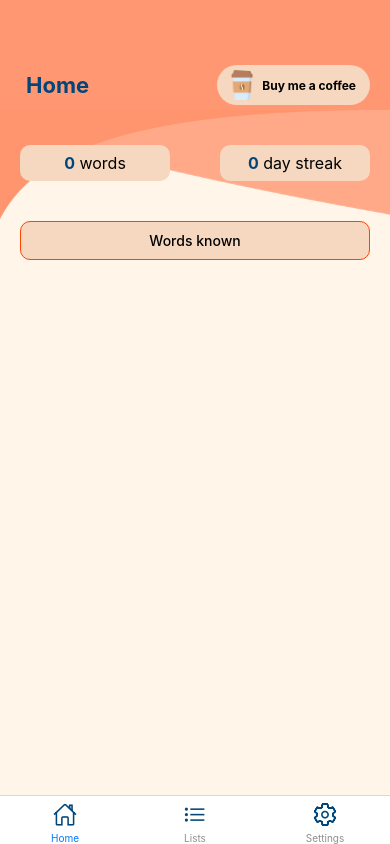
Repository: David-Waite/SpellingApp
Screen: /
The author's editor kept a copy of each file at every save. The screen is drawn from the files as they stood at one save, then again after the next save.
The app was drawn by React Native's web renderer in a window 390 px wide. The project was rebuilt for these pictures with package versions that can differ from the ones it lists, and the page was loaded fresh each time. Also part of the build but not shown: screens/Settings.js, screens/SpellWord.js, screens/WordsLearnt.js, screens/WordListOverview.js, screens/WordLists.js, screens/Donate.js.

Above is the screen before, as saved 2023-06-23 09:50:01.

After the next save:
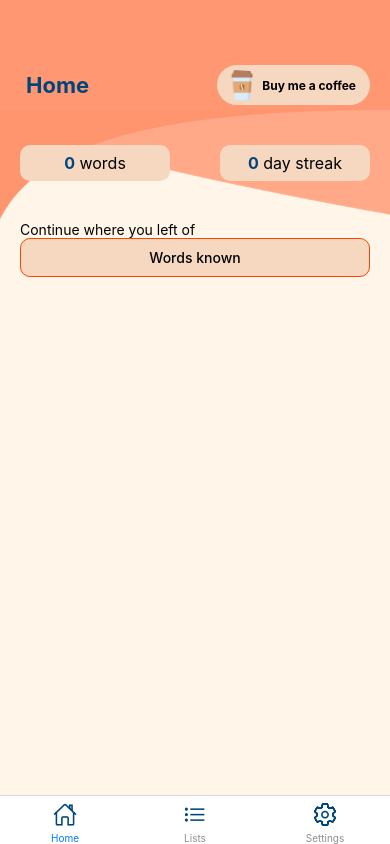
Saved 18 s later.
--- a/screens/Home.js
+++ b/screens/Home.js
@@ -25,7 +25,7 @@ function Home({ navigation }) {
             <StatBtn stat={0} text="day streak" />
           </View>
 
-          <RecentList />
+          <RecentList lable="Continue where you left of" />
           <WordsLearntCard navigation={navigation} />
         </View>
       </ImageBackground>
